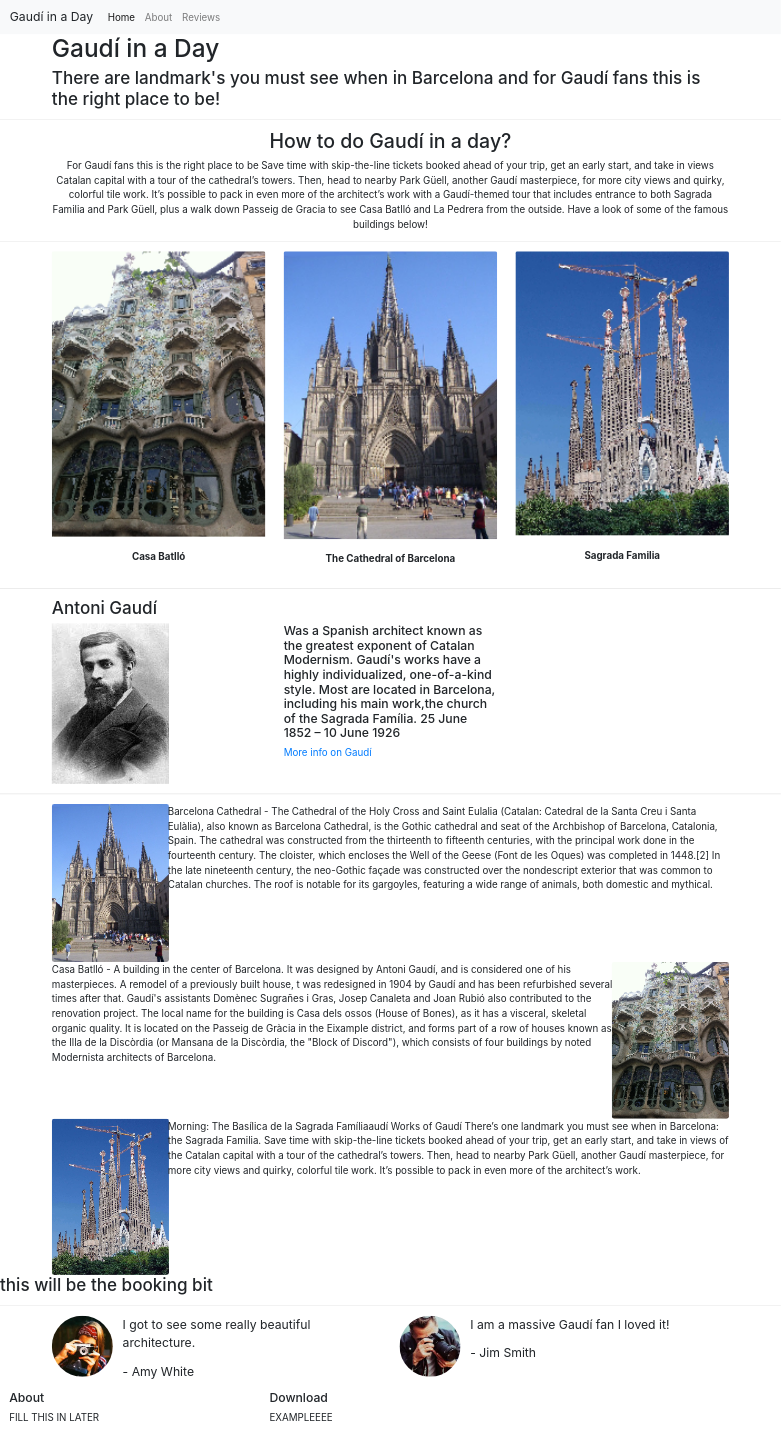
Repository: Taitdanielle/Milestone1
Page: index.html
The author's editor kept a record of every edit. The page is drawn from the files as they stood at one moment, then again after the next edit.
The browser window is 1280 px wide. The pictures show the whole page, at 61% of full size.

Above is the page before.

After the next edit:
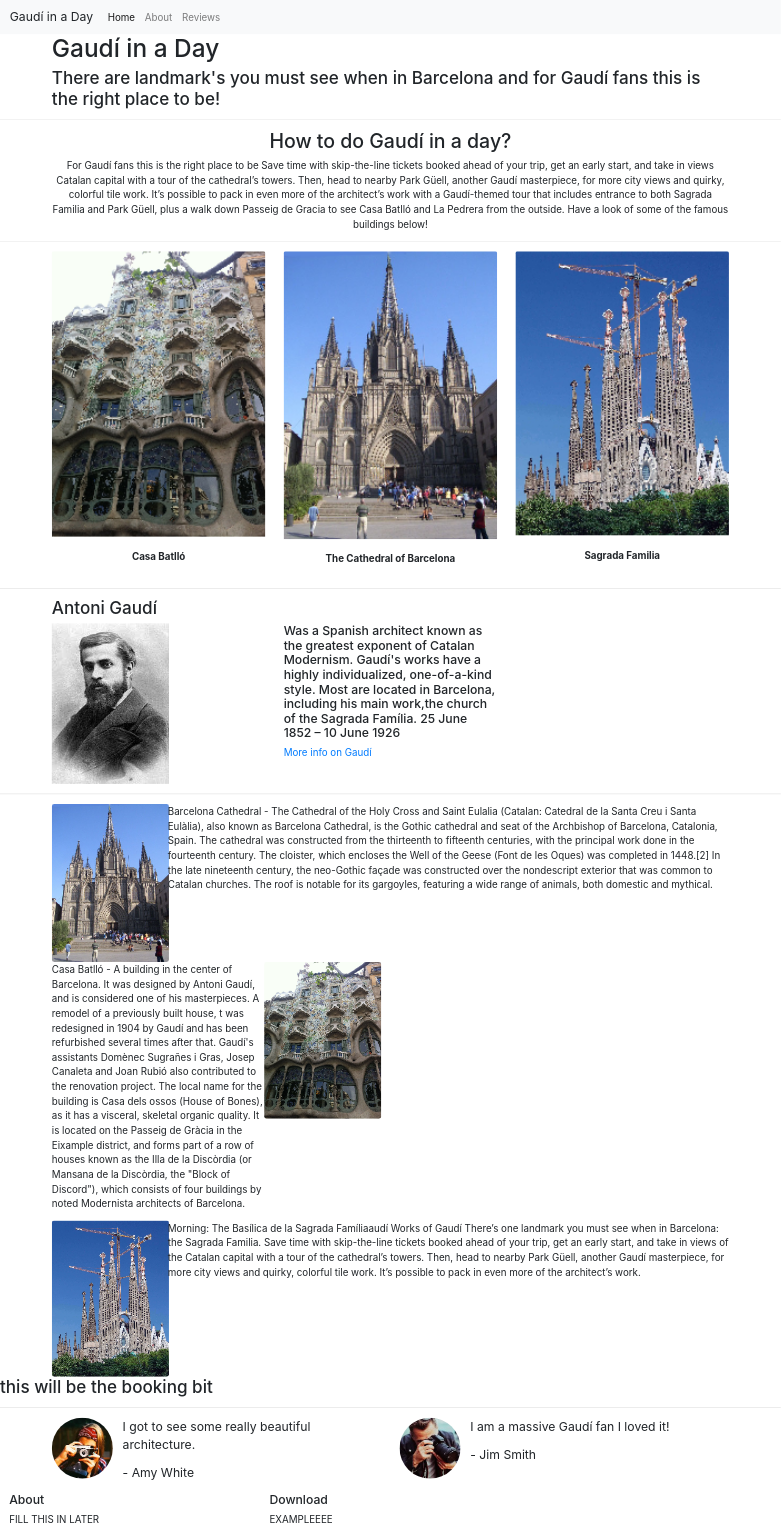
The edit:
--- a/index.html
+++ b/index.html
@@ -125,7 +125,7 @@
 
     <div class="container">
         <div class="row">
-            <div class="col-md-10">
+            <div class="col-md-4">
                 <p class="par-padding-right" id="card1"> Casa Batlló - A building in the center of Barcelona. It was designed by Antoni Gaudí, and is considered one of his masterpieces. A remodel of a previously built house, t was redesigned in 1904 by Gaudí and has been refurbished several
                     times after that. Gaudí's assistants Domènec Sugrañes i Gras, Josep Canaleta and Joan Rubió also contributed to the renovation project. The local name for the building is Casa dels ossos (House of Bones), as it has a visceral, skeletal
                     organic quality. It is located on the Passeig de Gràcia in the Eixample district, and forms part of a row of houses known as the Illa de la Discòrdia (or Mansana de la Discòrdia, the "Block of Discord"), which consists of four buildings
